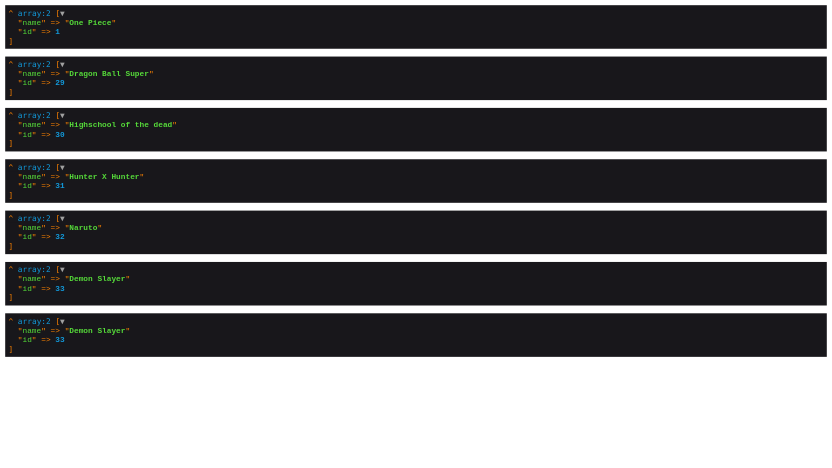
Repository: Codesieg/Chromatique
Page: http://localhost/register
The author's editor kept a copy of each file at every save. The page is drawn from the files as they stood at one save, then again after the next save.
The browser window is 1280 px wide. The pictures show the whole page, at 65% of full size.
The page is served by the project's Laravel application, run on PHP 8.4 with Laravel 8. The database holds what the project's SQL file puts in it.

Above is the page before, as saved 2022-04-03 20:10:39.

After the next save:
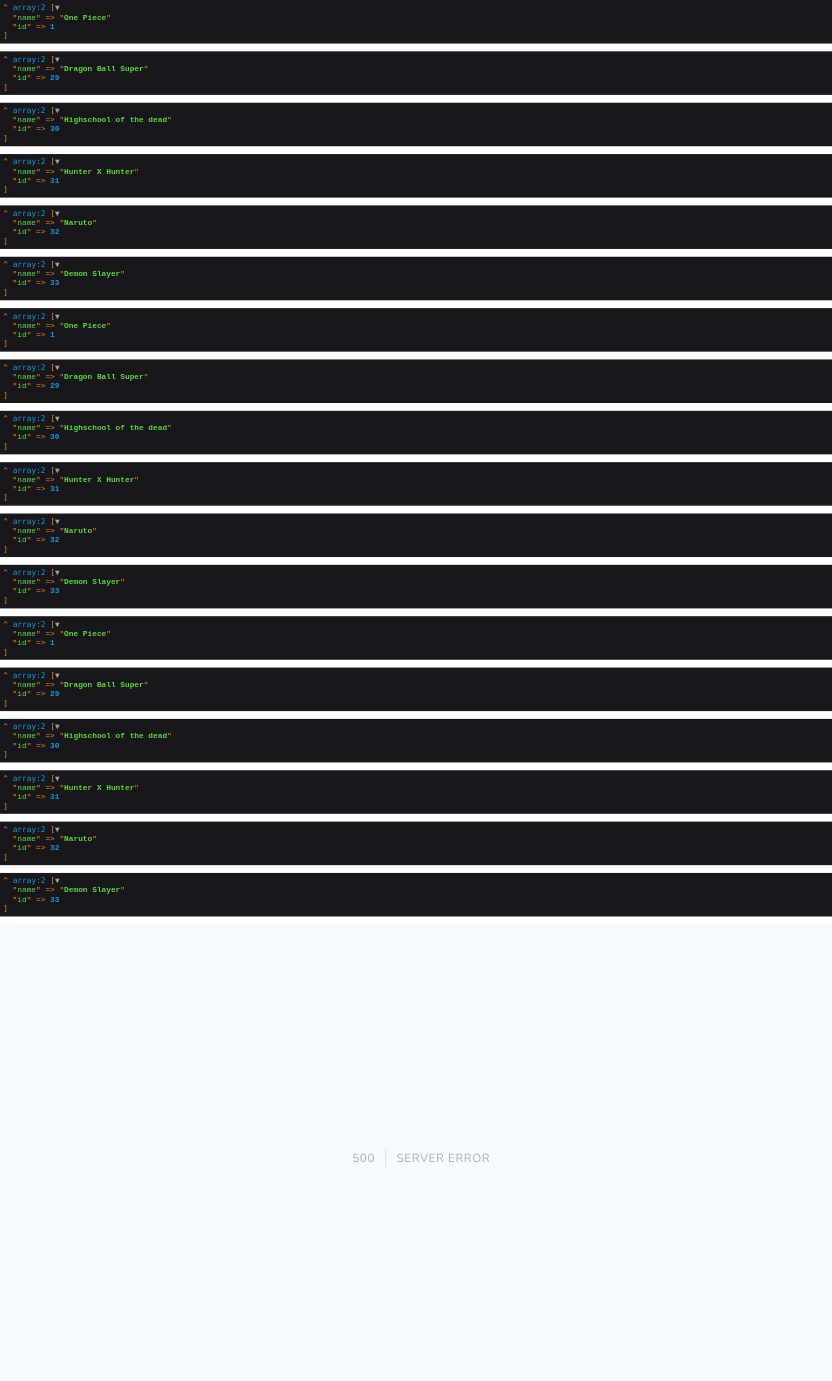
Saved 3 s later.
--- a/chromatique/app/Providers/AppServiceProvider.php
+++ b/chromatique/app/Providers/AppServiceProvider.php
@@ -38,7 +38,7 @@
             $listMangaName["id"] = $manga->id;
             dump($listMangaName);
         }
-dd($listMangaName);
+// dd($listMangaName);
             $view->with('listMangasName', $listMangaName);
         });
     }
